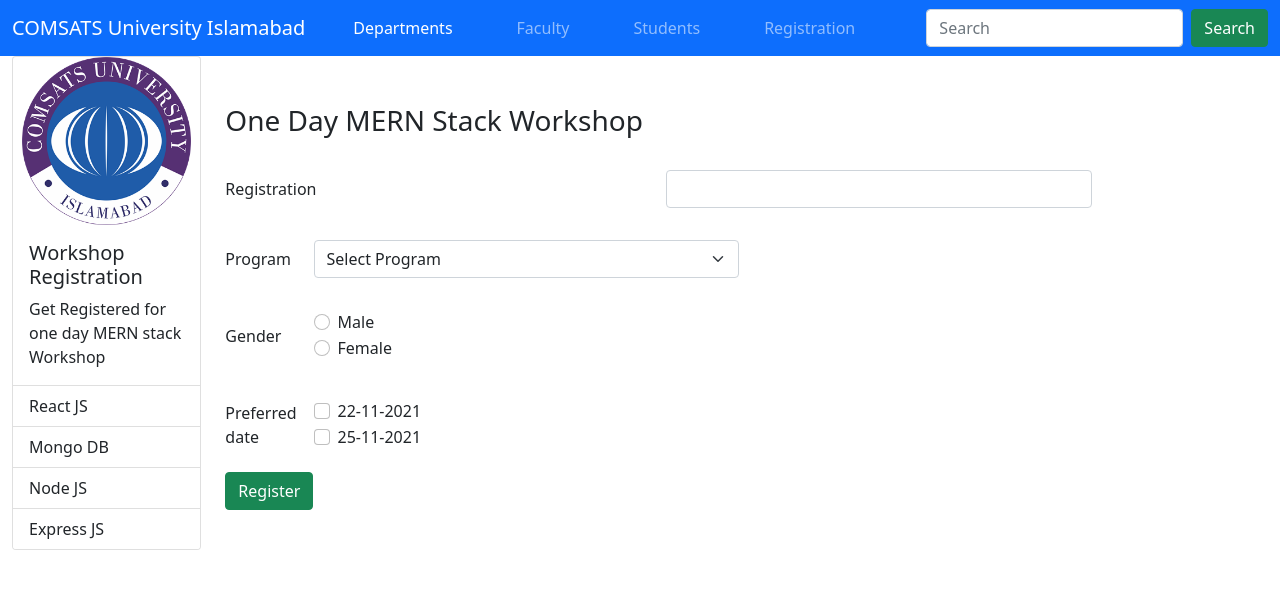
Repository: SaudCh/Web-Mid-Exams
Page: /register
These files come from the project's save history. The page is drawn as it stood at one moment and after the next save; the edit follows.
The browser window is 1280 px wide. The pictures show the whole page.
The project was rebuilt for these pictures with package versions that can differ from the ones it lists, and the page was loaded fresh each time. Also part of the build but not shown: src/Invalid/invalid.jsx, src/Students/student.jsx.

Above is the page before, as saved 2021-11-28 13:13:56.

After the next save:
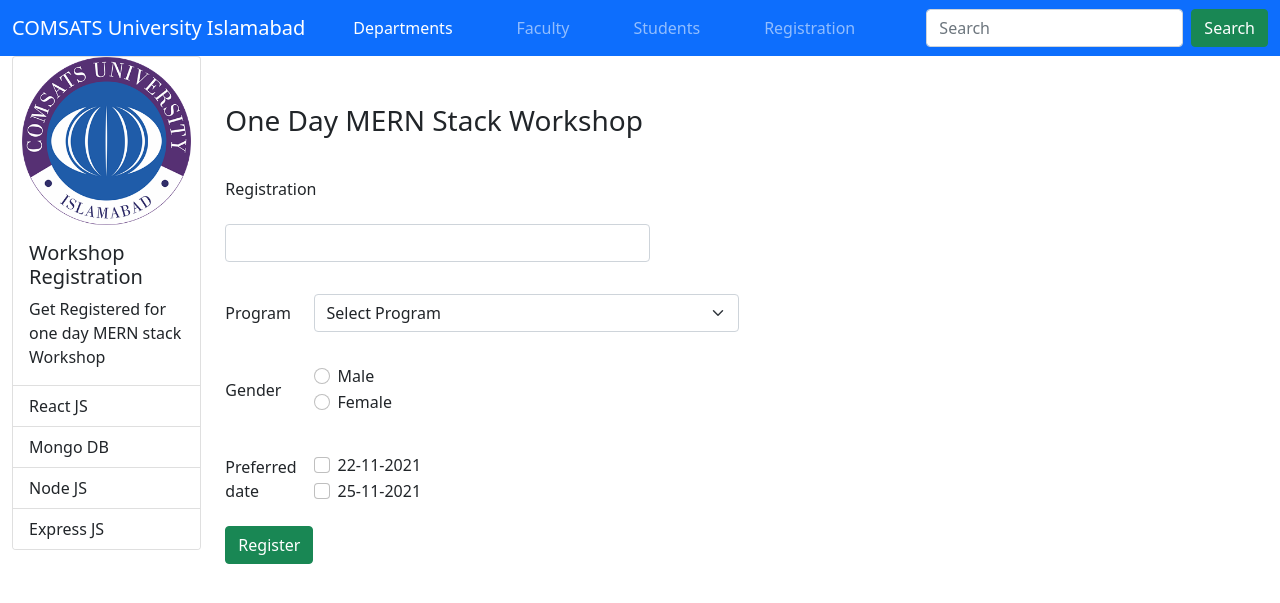
Saved 5 s later.
--- a/src/Register/register.jsx
+++ b/src/Register/register.jsx
@@ -73,7 +73,7 @@
           <Form onSubmit={handleSubmit}>
             {/*********Registration********** */}
             <div className="row g-3 align-items-center my-3">
-              <div className="col-4 col-sm-5 ">
+              <div className="col-4 col-sm-10 ">
                 <label htmlFor="registration" className="col-form-label">
                   Registration
                 </label>

After the save that followed:
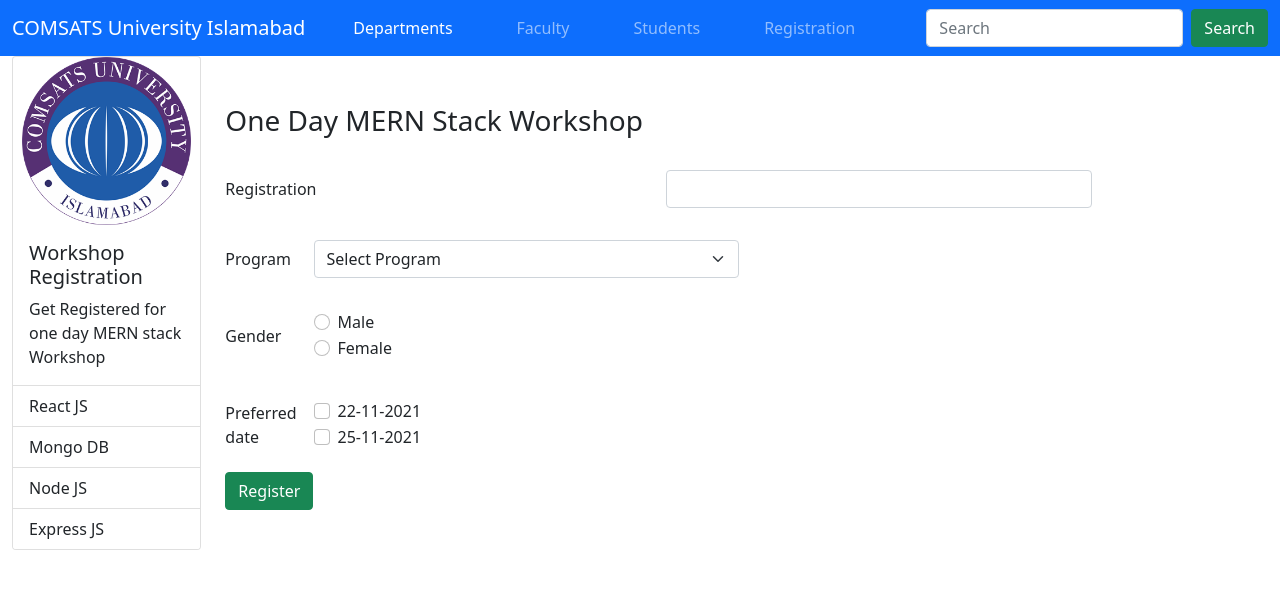
Saved 6 s later.
--- a/src/Register/register.jsx
+++ b/src/Register/register.jsx
@@ -73,7 +73,7 @@
           <Form onSubmit={handleSubmit}>
             {/*********Registration********** */}
             <div className="row g-3 align-items-center my-3">
-              <div className="col-4 col-sm-10 ">
+              <div className="col-4 col-sm-5 ">
                 <label htmlFor="registration" className="col-form-label">
                   Registration
                 </label>
